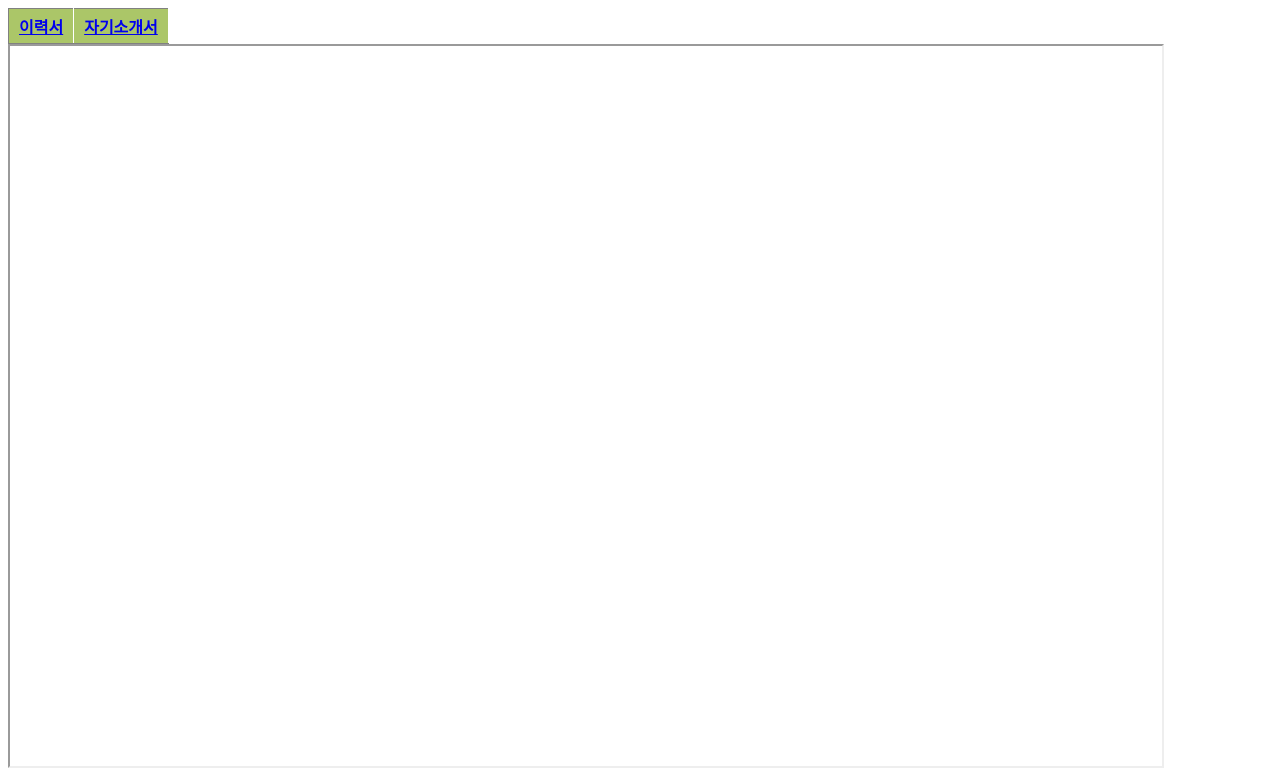
Repository: porivas/140630_Java
Page: http://localhost/web4_resume/totalLayout.jsp
An editor plug-in stored every save of this project. The page is shown before and after the next save, followed by the edit.
The browser window is 1280 px wide. The pictures show the whole page.
The page is served by Tomcat 9.

Above is the page before, as saved 2014-09-25 08:16:13.

### web4_resume/WebContent/totalLayout.jsp
<%@ page language="java" contentType="text/html; charset=UTF-8"
    pageEncoding="UTF-8"%>
<!DOCTYPE html PUBLIC "-//W3C//DTD HTML 4.01 Transitional//EN" "http://www.w3.org/TR/html4/loose.dtd">
<html>
<head>
<meta http-equiv="Content-Type" content="text/html; charset=UTF-8">
<title>Insert title here</title>
</head>
<body>
		<style type="text/css">
		  table.ex1 {
		     border-collapse: collapse;
		  }
		  .ex1 th, .ex1 td {padding:5px 10px}
			.ex1 caption {font-weight:700; font-size:20px; padding:5px; color:#1BA6B2; text-align:left; margin-bottom:5px}
			.ex1 thead th {background:#ABC668; color:#fff; text-align:center; border-right:1px solid #fff}
			.ex1 tbody th {text-align:left; width:12%}
			.ex1 tbody td.date1 {text-align:center; width:8%}
			.ex1 tbody td.desc {text-align:left; width:35%}
			.ex1 tbody tr.odd {background:#f9f9f9}
			.ex1 tbody tr.odd th {background:#f2f2f2}
			.ex1 tbody tr:hover {background:#F3F5BB}
			.ex1 tbody tr:hover th {background:#F2F684; color:#1BA6B2}
			.ex1 tfoot tr {border-top:6px solid #E9F7F6; color:#1BA6B2}
			.ex1 tfoot th {text-align:left; padding-left:10px}
		html {

		}
			.other, .parent {
			    border: 4px solid green;
			    margin: 5px;
			}
			.me {
			    background-color: ;
			    position: absolute;
			    width: 90%;
			    height: 100%;
			}
		</style>
		<div id="button">
		<table class="ex1" border="1" >
			<tr align = "left">
				<thead>
				<th scope="col"><a href="resume.jsp"  target="content">이력서</a></th>
				<th scope="col"><a href="coverletter.jsp"  target="content">자기소개서</a></th>
				</thead>
			</tr>
		</table>
		</div>
		<div class ="me" id="story1">
				<iframe name="content" width=100% height=100%>
		<table border="1" width=800	>

		</table>
		</iframe>
		</div>
</body>
</html>

After the next save:
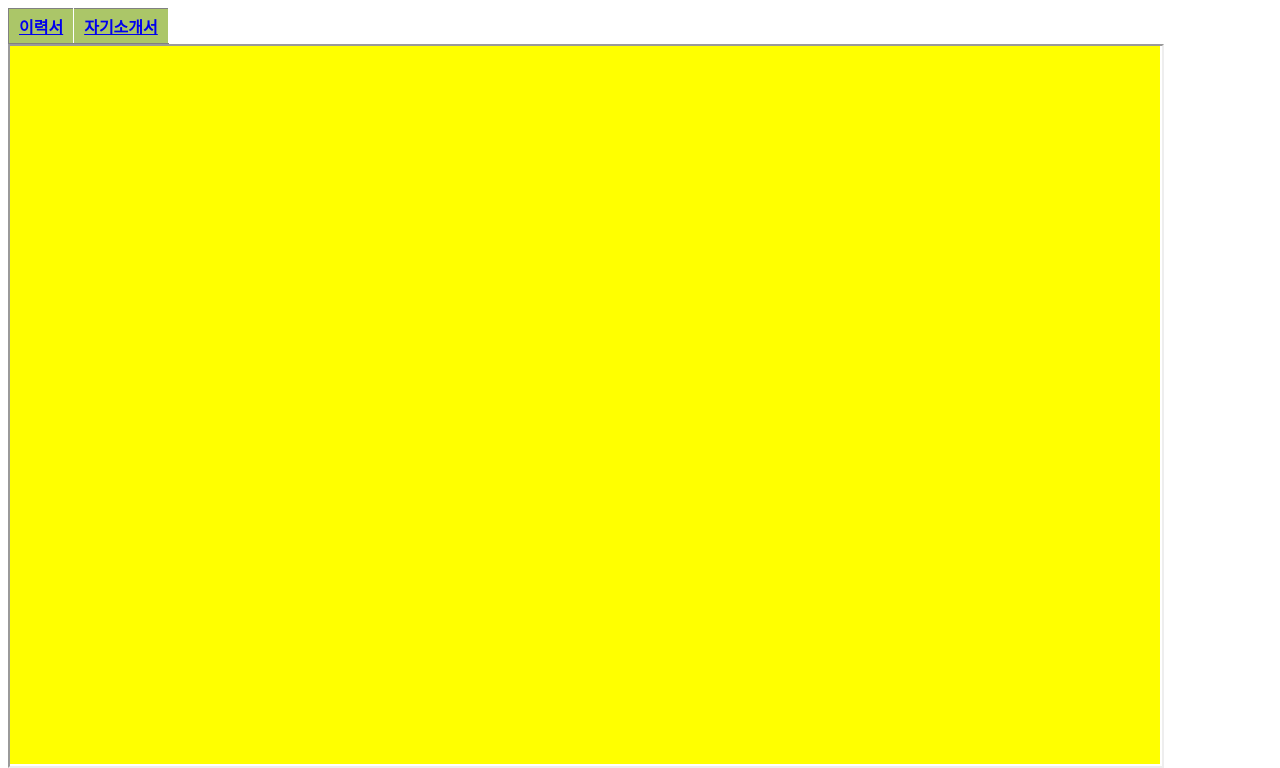
Saved 3 min 23 s later.
--- a/web4_resume/WebContent/totalLayout.jsp
+++ b/web4_resume/WebContent/totalLayout.jsp
@@ -31,7 +31,7 @@
 			    margin: 5px;
 			}
 			.me {
-			    background-color: ;
+			    background-color: yellow ;
 			    position: absolute;
 			    width: 90%;
 			    height: 100%;

After the save that followed:
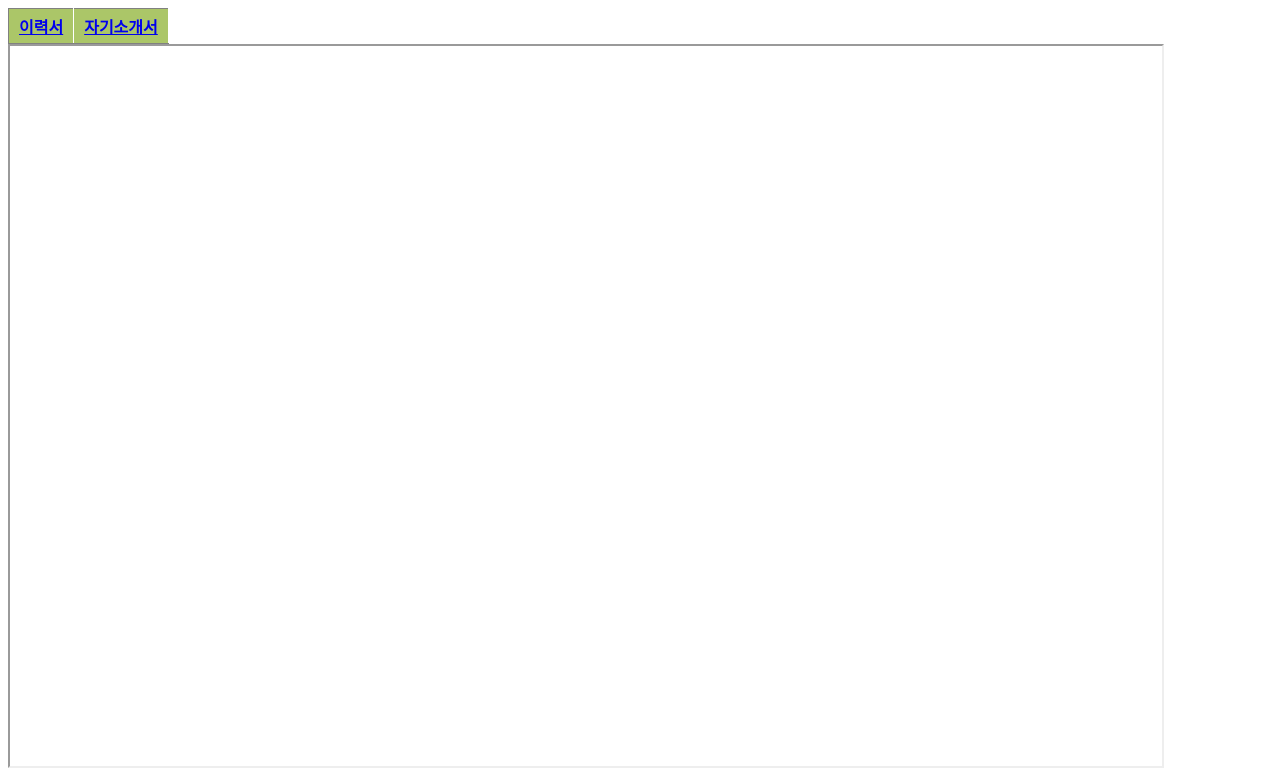
Saved 5 min 5 s later.
--- a/web4_resume/WebContent/totalLayout.jsp
+++ b/web4_resume/WebContent/totalLayout.jsp
@@ -31,7 +31,7 @@
 			    margin: 5px;
 			}
 			.me {
-			    background-color: yellow ;
+			    background-color:  ;
 			    position: absolute;
 			    width: 90%;
 			    height: 100%;
